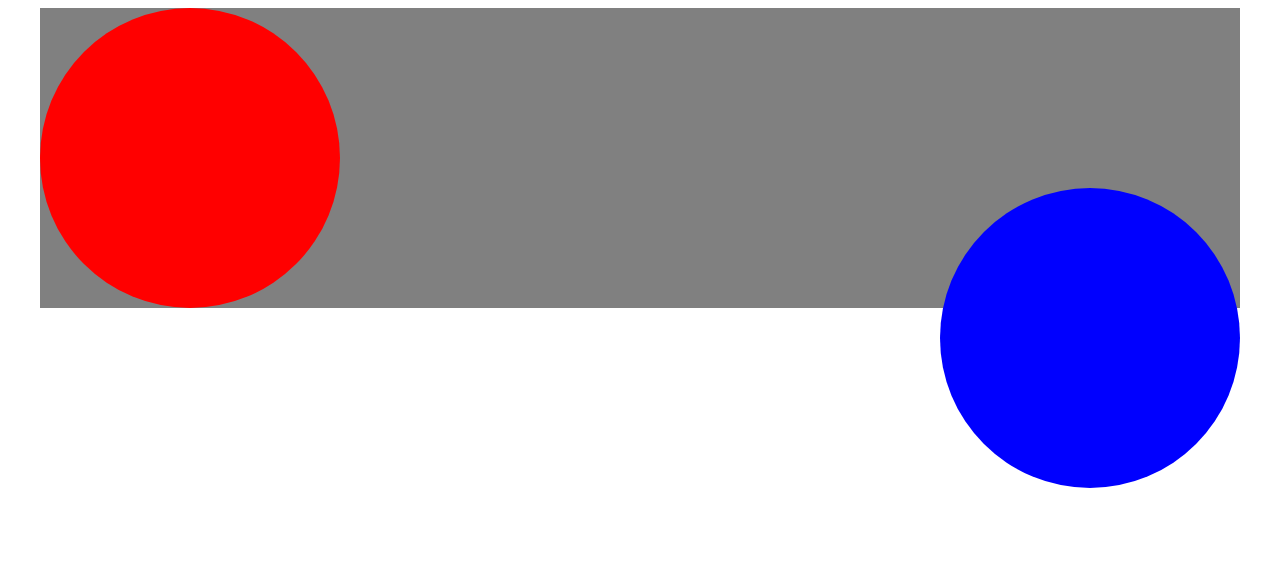
Repository: dovanluyen1996/Test-Git-PR
Page: index.html
An editor plug-in stored every save of this project. The page is shown before and after the next save, followed by the edit.
The browser window is 1280 px wide. The pictures show the whole page.

Above is the page before, as saved 2021-09-06 23:17:25.

### index.html
<!DOCTYPE html>
<html lang="en">
  <head>
    <meta charset="UTF-8" />
    <meta http-equiv="X-UA-Compatible" content="IE=edge" />
    <meta name="viewport" content="width=device-width, initial-scale=1.0" />
    <title>TestVsCode</title>
    <link rel="stylesheet" href="css/style.css" />
  </head>

  <body>
    <div class="container">
      <div class="test1"></div>
      <div class="test2"></div>
    </div>
    <div class="im-center"></div>
  </body>
</html>

### css/style.css
body {
}
.container {
  width: 1200px;
  margin: 0 auto;
  position: relative;
  background-color: grey;
}
.test1 {
  width: 300px;
  height: 300px;
  background-color: red;
  border-radius: 50%;
}
.test2 {
  width: 300px;
  height: 300px;
  background-color: blue;
  border-radius: 50%;
  position: absolute;
  right: 0;
  top: 60%;
}

After the next save:
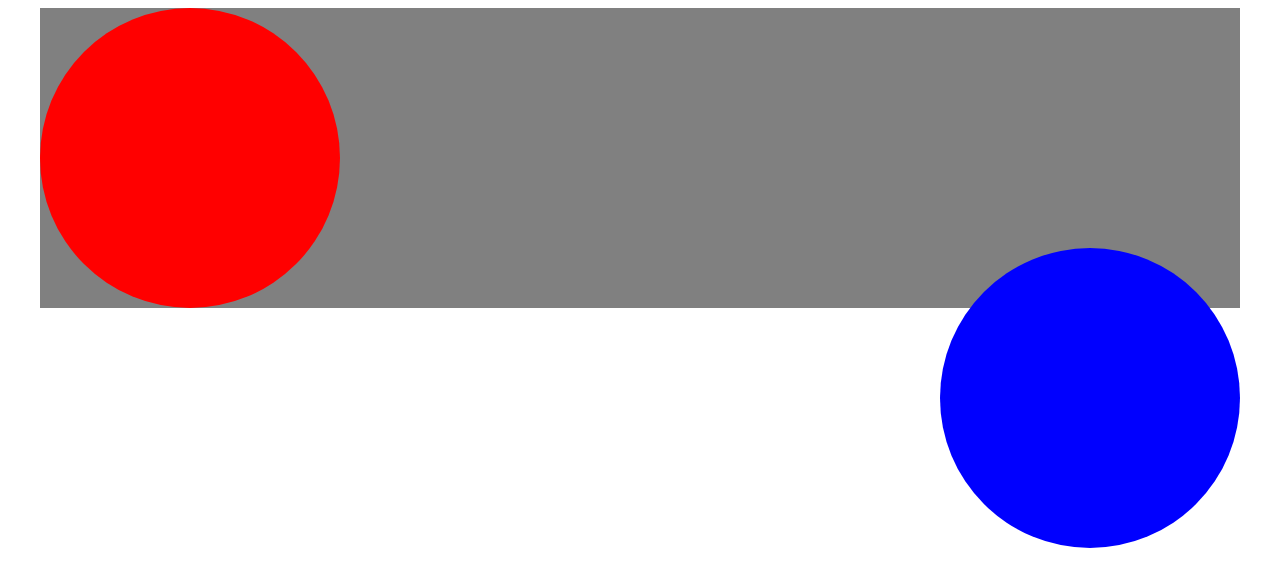
Saved 5 s later.
--- a/css/style.css
+++ b/css/style.css
@@ -19,5 +19,5 @@ body {
   border-radius: 50%;
   position: absolute;
   right: 0;
-  top: 60%;
+  top: 80%;
 }
